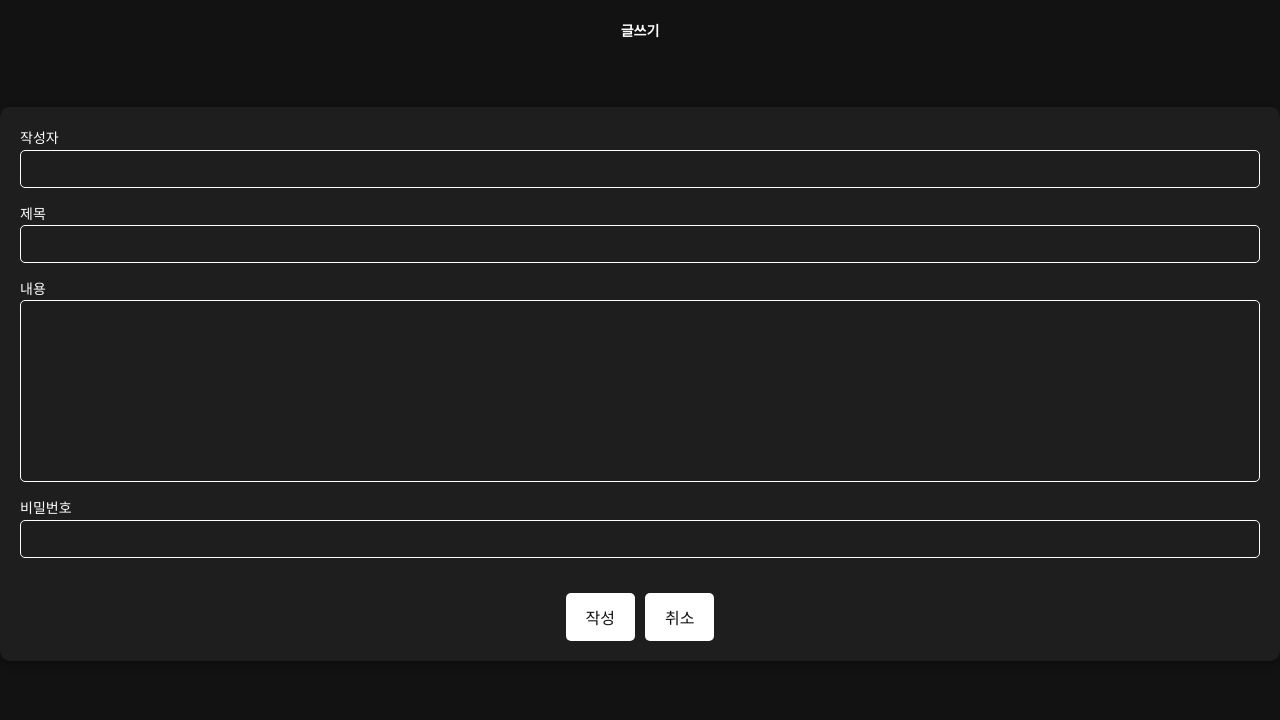
Repository: hayoon-shin/jspStudy
Page: http://localhost/join/join/view/board/writeForm.jsp
These files come from the project's save history. The page is drawn as it stood at one moment and after the next save; the edit follows.
The browser window is 1280 px wide. The pictures show the whole page.
The page is served by Tomcat 9.

Above is the page before, as saved 2024-12-22 21:28:56.

After the next save:
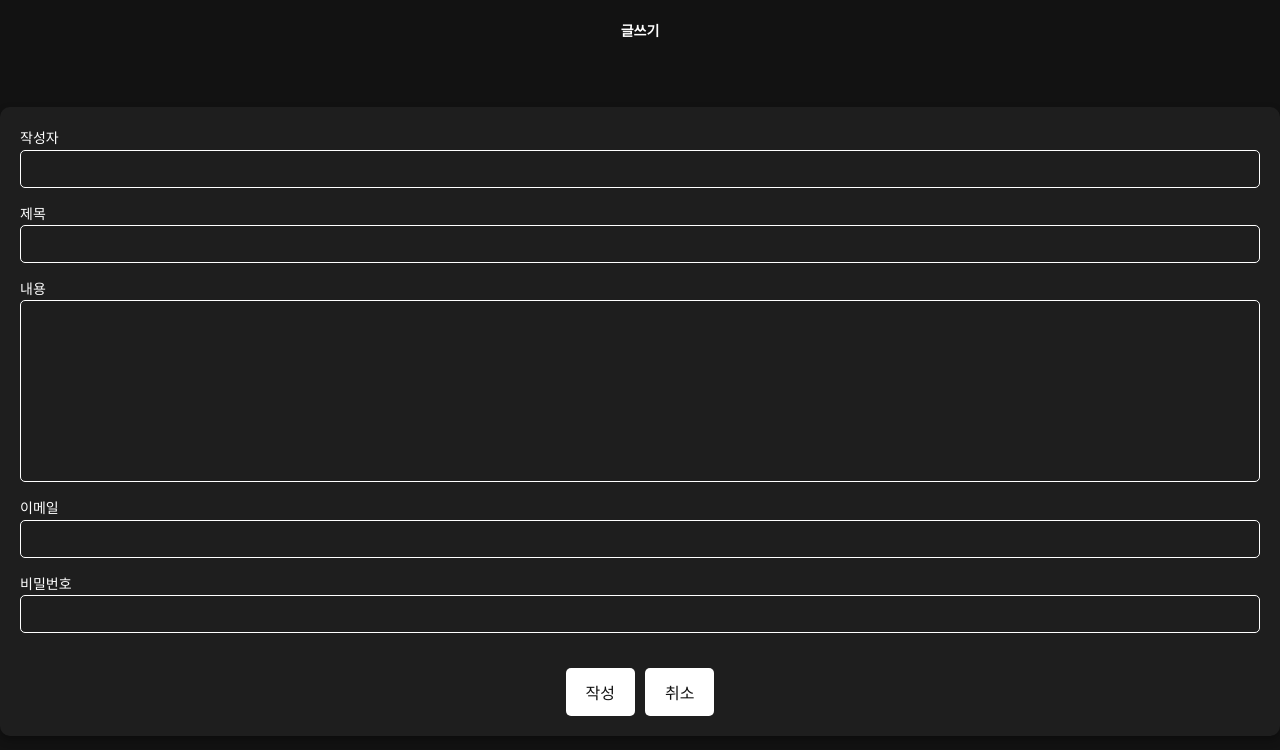
Saved 3 h 27 min later.
--- a/join/src/main/webapp/join/view/board/writeForm.jsp
+++ b/join/src/main/webapp/join/view/board/writeForm.jsp
@@ -51,8 +51,9 @@
 
             <label for="content">내용</label>
             <textarea id="content" name="content" rows="10" required></textarea>
-
-            <label for="pass">비밀번호</label>
+			<label for="email">이메일</label>
+			<input type="email" id="email" name="email" required>
+			<label for="pass">비밀번호</label>
             <input type="password" id="pass" name="pass" required>
 
             <div class="button-group">
